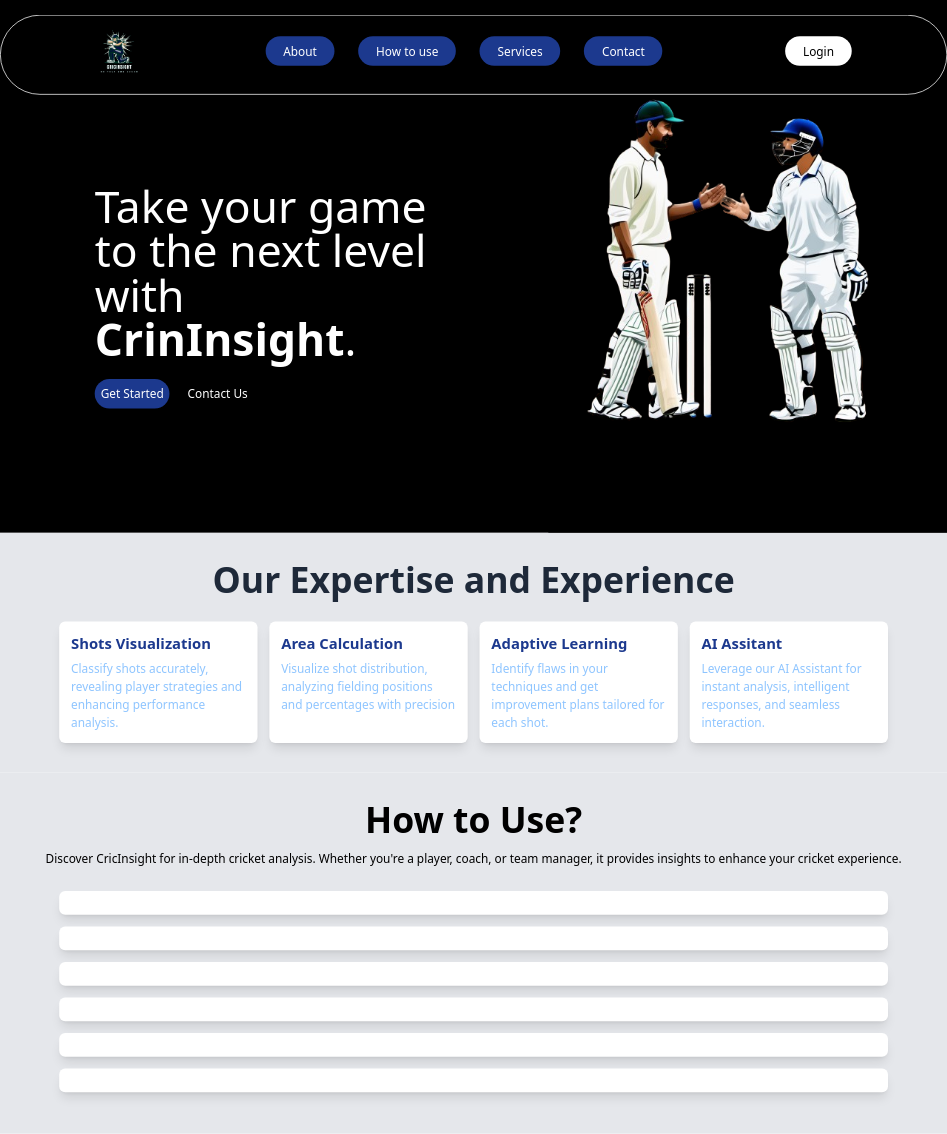
Repository: ahsanfawadaf/cricket
Page: /
These files come from the project's save history. The page is drawn as it stood at one moment and after a run of saves; the edit follows.
The browser window is 1280 px wide. The pictures show the whole page, at 74% of full size.
The project was rebuilt for these pictures with package versions that can differ from the ones it lists, and the page was loaded fresh each time. Also part of the build but not shown: vite.config.js.

Above is the page before, as saved 2025-09-17 12:13:16.

After the next 8 saves:
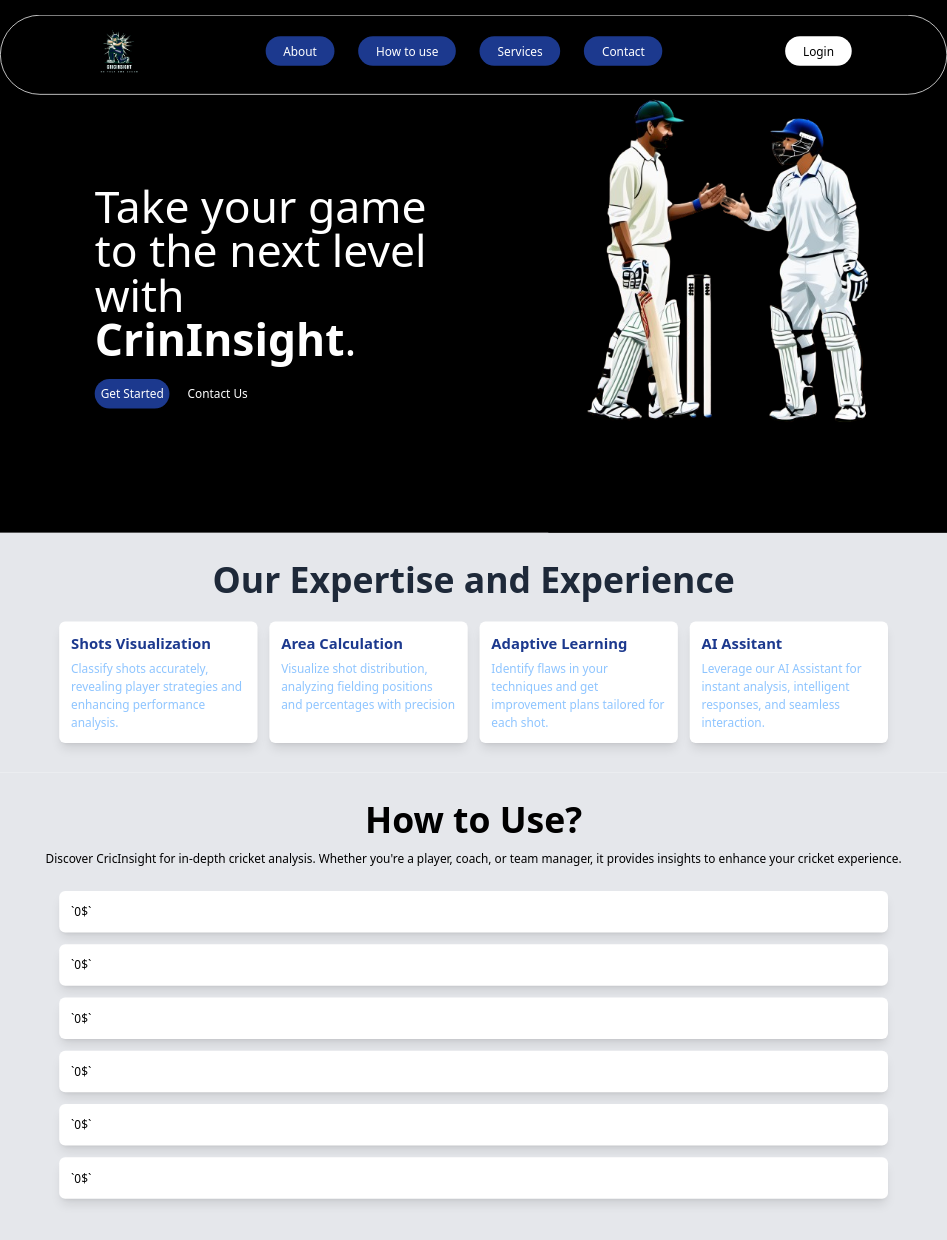
The 8 saves are shown as one change because they came seconds apart.
The last was saved 27 s later.
--- a/src/components/Howtouse.jsx
+++ b/src/components/Howtouse.jsx
@@ -48,7 +48,7 @@
         { cards.map((ca) =>(
           <div key={ca.id} className='bg-white shadow-lg rounded-lg p-4 mb-4'>
 
-           <h3></h3>
+           <h3>`0${cards.id}`</h3>
 
 
 
